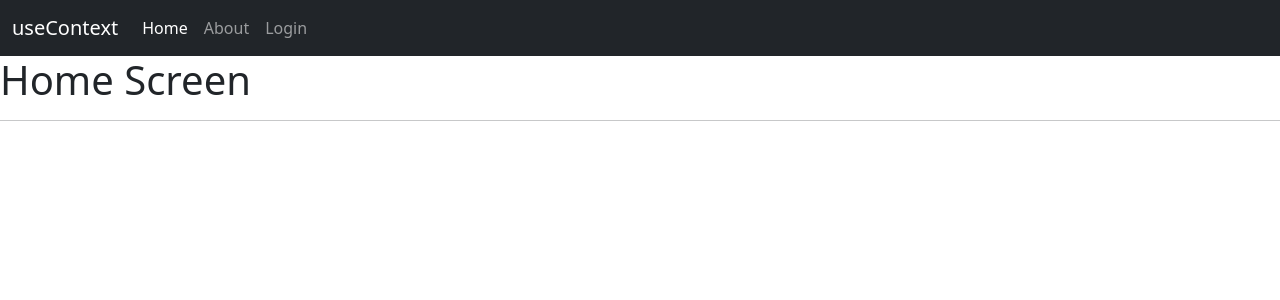
Repository: ppfeliuu/hooks-app
Page: /
The author's editor kept a copy of each file at every save. The page is drawn from the files as they stood at one save, then again after the next save.
The browser window is 1280 px wide. The pictures show the whole page.
The project was rebuilt for these pictures with package versions that can differ from the ones it lists, and the page was loaded fresh each time. A package was used in the major version that the imports need, not the one package.json lists. Also part of the build but not shown: src/components/09-useContext/AboutScreen.js, src/components/09-useContext/LoginScreen.js.

Above is the page before, as saved 2021-05-30 14:02:35.

### public/index.html
<!DOCTYPE html>
<html lang="en">
  <head>
    <meta charset="utf-8" />
    <link rel="icon" href="%PUBLIC_URL%/favicon.ico" />
    <meta name="viewport" content="width=device-width, initial-scale=1" />
    <meta name="theme-color" content="#000000" />
    <meta
      name="description"
      content="Web site created using create-react-app"
    />
    <link rel="apple-touch-icon" href="%PUBLIC_URL%/logo192.png" />
    <!--
      manifest.json provides metadata used when your web app is installed on a
      user's mobile device or desktop. See https://developers.google.com/web/fundamentals/web-app-manifest/
    -->
    <link rel="manifest" href="%PUBLIC_URL%/manifest.json" />
    <!--
      Notice the use of %PUBLIC_URL% in the tags above.
      It will be replaced with the URL of the `public` folder during the build.
      Only files inside the `public` folder can be referenced from the HTML.

      Unlike "/favicon.ico" or "favicon.ico", "%PUBLIC_URL%/favicon.ico" will
      work correctly both with client-side routing and a non-root public URL.
      Learn how to configure a non-root public URL by running `npm run build`.
    -->
    <link
      href="https://cdn.jsdelivr.net/npm/bootstrap@5.0.1/dist/css/bootstrap.min.css"
      rel="stylesheet"
      integrity="sha384-+0n0xVW2eSR5OomGNYDnhzAbDsOXxcvSN1TPprVMTNDbiYZCxYbOOl7+AMvyTG2x"
      crossorigin="anonymous"
    />
    <title>Hooks App</title>
  </head>
  <body>
    <noscript>You need to enable JavaScript to run this app.</noscript>
    <div id="root"></div>
    <!--
      This HTML file is a template.
      If you open it directly in the browser, you will see an empty page.

      You can add webfonts, meta tags, or analytics to this file.
      The build step will place the bundled scripts into the <body> tag.

      To begin the development, run `npm start` or `yarn start`.
      To create a production bundle, use `npm run build` or `yarn build`.
    -->
  </body>
</html>

### src/index.js
import React from "react";
import ReactDOM from "react-dom";
// import { Padre } from "./components/07-tarea-memo/Padre";
// import { CallBackHook } from "./components/06-memos/CallBackHook";
// import { MemoHook } from "./components/06-memos/MemoHooks";
// import { CounterApp } from "./components/01-useState/CounterApp";
// import { CounterWithCustomHook } from "./components/01-useState/CounterWithCustomHook";
// import { FormWithCustomHook } from "./components/02-useEffect/FormWithCustomHook";
// import { SimpleForm } from "./components/02-useEffect/SimpleForm";
// import { FocusScreen } from "./components/04-useRef/FocusScreen";
// import { RealExampleRef } from "./components/04-useRef/RealExampleRef";
// import { LayoutEffects } from "./components/05-useLayoutEffect/LayoutEffect";
// import { MultipleCustomHooks } from "./components/examples/MultipleCustomHooks";
// import { HookApp } from "./HookApp";
// import { Memorize } from "./components/06-memos/Memorize";
// import { TodoApp } from "./components/08-useReducer/TodoApp";
import { MainApp } from "./components/09-useContext/MainApp";

ReactDOM.render(<MainApp />, document.getElementById("root"));
// import "./components/08-useReducer/intro-reducer";

### src/components/09-useContext/MainApp.js
import React from "react";
import { AppRouter } from "./AppRouter";

export const MainApp = () => {
  return (
    <div>
      <AppRouter />
    </div>
  );
};

### src/components/09-useContext/AppRouter.js
import React from "react";
import {
  BrowserRouter as Router,
  Switch,
  Route,
  Redirect,
} from "react-router-dom";
import { AboutScreen } from "./AboutScreen";
import { LoginScreen } from "./LoginScreen";
import { HomeScreen } from "./HomeScreen";
import { NavBar } from "./NavBar";

export const AppRouter = () => {
  return (
    <Router>
      <div>
        <NavBar />
        <Switch>
          <Route path="/" exact component={HomeScreen} />
          <Route path="/about" component={AboutScreen} />
          <Route path="/login" component={LoginScreen} />
          <Redirect to="/" />
        </Switch>
      </div>
    </Router>
  );
};

### src/components/09-useContext/HomeScreen.js
import React from "react";

export const HomeScreen = () => {
  return (
    <div>
      <h1>Home Screen</h1>
      <hr />
    </div>
  );
};

### src/components/09-useContext/NavBar.js
import React from "react";
import { Link, NavLink } from "react-router-dom";

export const NavBar = () => {
  return (
    <nav className="navbar navbar-expand-sm navbar-dark bg-dark">
      <div className="container-fluid">
        <a className="navbar-brand" href="#">
          useContext
        </a>

        <div className="collapse navbar-collapse" id="navbarNav">
          <ul className="navbar-nav">
            <li className="nav-item">
              <NavLink className="nav-link active" aria-current="page" to="/">
                Home
              </NavLink>
            </li>
            <li className="nav-item">
              <NavLink className="nav-link" to="/about">
                About
              </NavLink>
            </li>
            <li className="nav-item">
              <NavLink className="nav-link" to="/login">
                Login
              </NavLink>
            </li>
          </ul>
        </div>
      </div>
    </nav>
  );
};

After the next save:
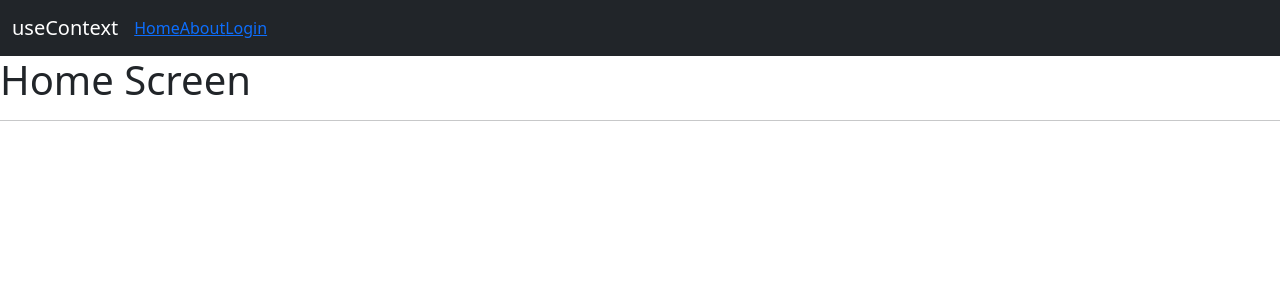
Saved 30 s later.
--- a/src/components/09-useContext/NavBar.js
+++ b/src/components/09-useContext/NavBar.js
@@ -12,17 +12,17 @@ export const NavBar = () => {
         <div className="collapse navbar-collapse" id="navbarNav">
           <ul className="navbar-nav">
             <li className="nav-item">
-              <NavLink className="nav-link active" aria-current="page" to="/">
+              <NavLink className="active" aria-current="page" to="/">
                 Home
               </NavLink>
             </li>
             <li className="nav-item">
-              <NavLink className="nav-link" to="/about">
+              <NavLink className="active" to="/about">
                 About
               </NavLink>
             </li>
             <li className="nav-item">
-              <NavLink className="nav-link" to="/login">
+              <NavLink className="active" to="/login">
                 Login
               </NavLink>
             </li>
